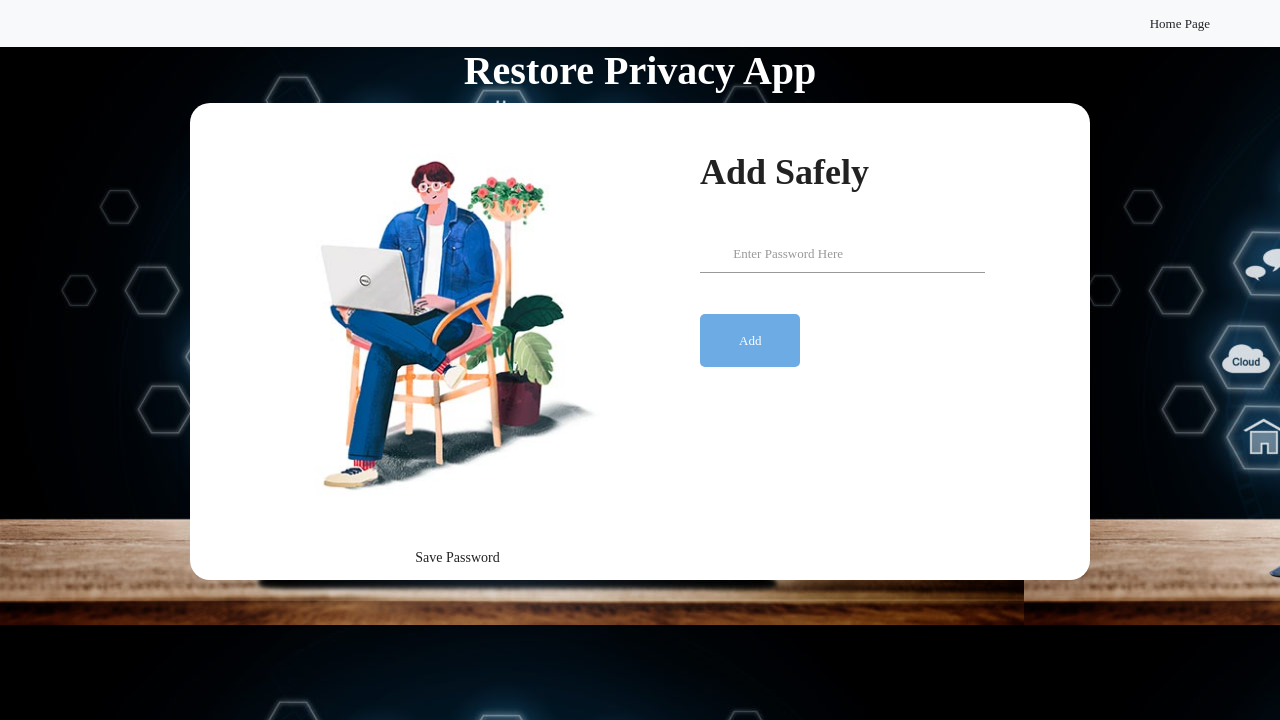
Repository: Sunil-731820/AllWorkingModels
Page: http://localhost/PasswordManagerApp/AddPassword.jsp
The author's editor kept a copy of each file at every save. The page is drawn from the files as they stood at one save, then again after the next save.
The browser window is 1280 px wide. The pictures show the whole page.
Some web fonts or font styles are not loaded; a fallback is used. Some web libraries are served in a nearby version. The page is served by Tomcat 9. Other server files are loaded and not shown.

Above is the page before, as saved 2022-09-27 07:13:18.

### PasswordManagerApp/src/main/webapp/AddPassword.jsp
<%@ page language="java" contentType="text/html; charset=ISO-8859-1"
    pageEncoding="ISO-8859-1"%>
<!DOCTYPE html>
<html>
<head>
<meta charset="ISO-8859-1">
<title>Insert title here</title>
<link rel="stylesheet" href="fonts/material-icon/css/material-design-iconic-font.min.css">
        <link rel="stylesheet"
              href="https://stackpath.bootstrapcdn.com/bootstrap/4.3.1/css/bootstrap.min.css">
        <link rel="stylesheet"
              href="https://maxcdn.bootstrapcdn.com/font-awesome/4.7.0/css/font-awesome.min.css">
        <script
        src="https://ajax.googleapis.com/ajax/libs/jquery/3.3.1/jquery.min.js"></script>
        <script
        src="https://cdnjs.cloudflare.com/ajax/libs/popper.js/1.14.7/umd/popper.min.js"></script>
        <script
        src="https://stackpath.bootstrapcdn.com/bootstrap/4.3.1/js/bootstrap.min.js"></script>
        <link
            href="//maxcdn.bootstrapcdn.com/bootstrap/4.0.0/css/bootstrap.min.css"
            rel="stylesheet" id="bootstrap-css">
        <script
        src="//maxcdn.bootstrapcdn.com/bootstrap/4.0.0/js/bootstrap.min.js"></script>
        <script
        src="//cdnjs.cloudflare.com/ajax/libs/jquery/3.2.1/jquery.min.js"></script>
        <link rel="stylesheet" href="css/register.css" type="text/css" />
         <style type="text/css">
        body {
            background-image: url("img/pass4.jpeg");
            background-color: #cccccc;
        }
        .img-rounded {
            height: 100%;
            width: 100%;
        }
        h1 {
            color: white;
            text-align: center;
        }
    </style>
</head>
<body>
<nav class="navbar navbar-expand-md navbar-light bg-light">
            <a href="#" class="navbar-brand">
            </a>
            <button type="button" class="navbar-toggler" data-toggle="collapse"
                    data-target="#navbarCollapse">
                <span class="navbar-toggler-icon"></span>
            </button>

            <div class="collapse navbar-collapse" id="navbarCollapse">
                <div class="navbar-nav ml-auto" style="margin-right: 30px;">
                    <a class="dropdown-item" href="HomePage.jsp">Home Page</a>
                </div>
            </div>
        </nav>
        <div>
            <h1>
                <b> Restore Privacy App </b>
            </h1>
        </div>
        <!-- Sing in  Form -->
        <form action="Login.jsp" method="get">
            <section class="sign-in">
                <div class="container">
                    <div class="signin-content">
                        <div class="signin-image">
                            <figure><img src="img/signin-image.jpg" alt="sing up image"></figure>
                            <a href="AddPassword.jsp" class="signup-image-link">Save Password </a>
                        </div>

                        <div class="signin-form">
                            <h2 class="form-title">Add Safely</h2>
                            <form method="get" class="register-form" id="login-form">

                                <div class="form-group">
                                    <label for="your_name"><i class="zmdi zmdi-account material-icons-name"></i></label>
                                    <input type="number" name="pinCode" id="your_name" placeholder=" Enter Password Here " required="required"/>
                                </div>

                                <div class="form-group form-button">
                                    <input type="submit" name="signin" id="signin" class="form-submit" value="Add"/>
                                </div>
                            </form>
                        </div>
                    </div>
                </div>
            </section>
        </form>


</body>
</html>

### PasswordManagerApp/src/main/java/com/java/jsp/AddPasswordDAO.java
package com.java.jsp;

import java.sql.Connection;
import java.sql.PreparedStatement;
import java.sql.SQLException;

public class AddPasswordDAO {

	Connection connection;
	PreparedStatement pst;

	public String addPassWordSafely(AddPassword AddPassword) throws ClassNotFoundException, SQLException {
		connection = ConnectionHelper.getConnection();
		String cmd = "insert into savepassword(AddPassword)"+
				" values (?)";
		pst  = connection.prepareStatement(cmd);
		pst.setString(1, AddPassword.getAddPassword());
		pst.executeUpdate();
		return "Password is addess Suceesfully";

	}

}

Loaded but not shown: PasswordManagerApp/src/main/webapp/css/register.css (590 lines, source omitted)

After the next save:
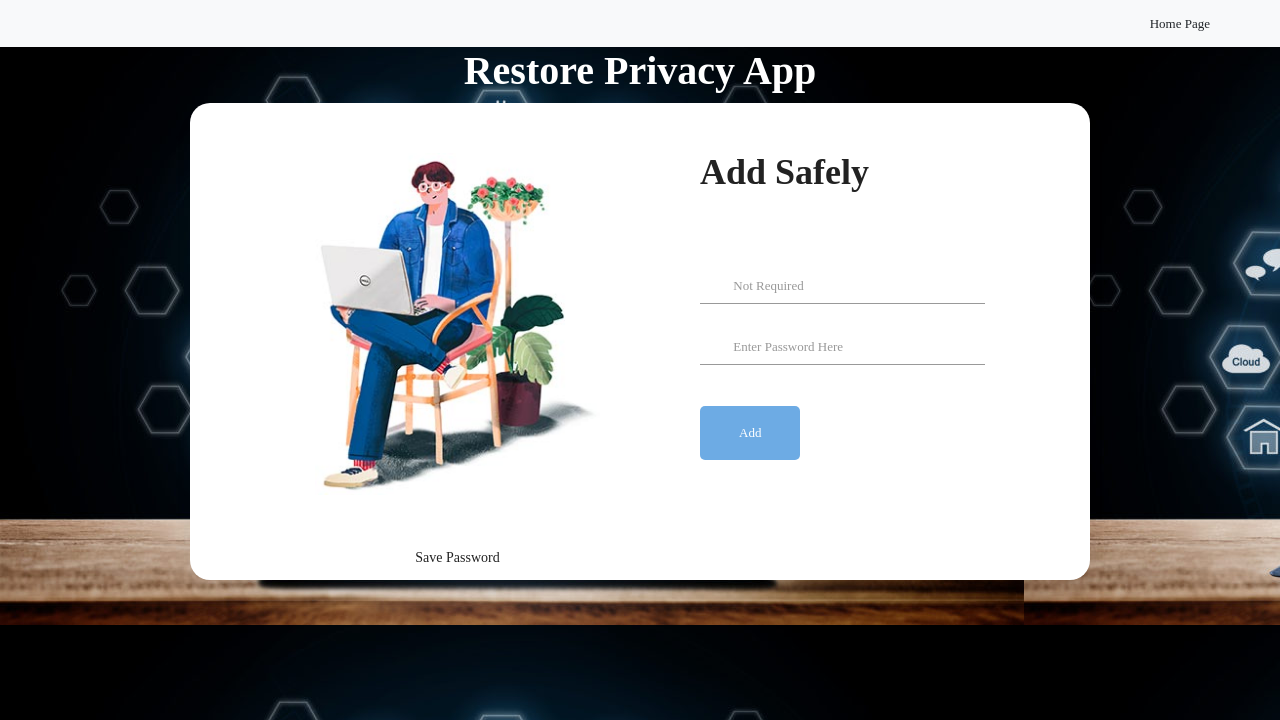
Saved 17 s later.
--- a/PasswordManagerApp/src/main/webapp/AddPassword.jsp
+++ b/PasswordManagerApp/src/main/webapp/AddPassword.jsp
@@ -1,3 +1,5 @@
+<%@page import="com.java.jsp.AddPassword"%>
+<%@page import="com.java.jsp.AddPasswordDAO"%>
 <%@ page language="java" contentType="text/html; charset=ISO-8859-1"
     pageEncoding="ISO-8859-1"%>
 <!DOCTYPE html>
@@ -40,6 +42,10 @@
     </style>
 </head>
 <body>
+<%
+	AddPasswordDAO dao = new AddPasswordDAO();
+
+%>
 <nav class="navbar navbar-expand-md navbar-light bg-light">
             <a href="#" class="navbar-brand">
             </a>
@@ -72,10 +78,15 @@
                         <div class="signin-form">
                             <h2 class="form-title">Add Safely</h2>
                             <form method="get" class="register-form" id="login-form">
+                             &nbsp;&nbsp;&nbsp;&nbsp;&nbsp;&nbsp;&nbsp;&nbsp;&nbsp;&nbsp;<h4></h4>
+                                <div class="form-group">
+                                    <label for="your_name"><i class="zmdi zmdi-account material-icons-name"></i></label>
+                                    <input type="number" name="normal" id="your_name" placeholder=" Not Required " />
+                                </div>
 
                                 <div class="form-group">
                                     <label for="your_name"><i class="zmdi zmdi-account material-icons-name"></i></label>
-                                    <input type="number" name="pinCode" id="your_name" placeholder=" Enter Password Here " required="required"/>
+                                    <input type="number" name="AddPassword" id="your_name" placeholder=" Enter Password Here " required="required"/>
                                 </div>
 
                                 <div class="form-group form-button">
@@ -88,6 +99,18 @@
             </section>
         </form>
 
+        <%
+        	if(request.getParameter("AddPassword")!=null || request.getParameter("normal")!=null){
+        		AddPassword add = new AddPassword();
+        		add.setAddPassword(request.getParameter("AddPassword"));
+        		dao.addPassWordSafely(add);
+
+        		 %>
+            	 <jsp:forward page="PasswordAddedSuccessFully.jsp"/>
+
+            	<%
+            }
+            %>
 
 </body>
 </html>
